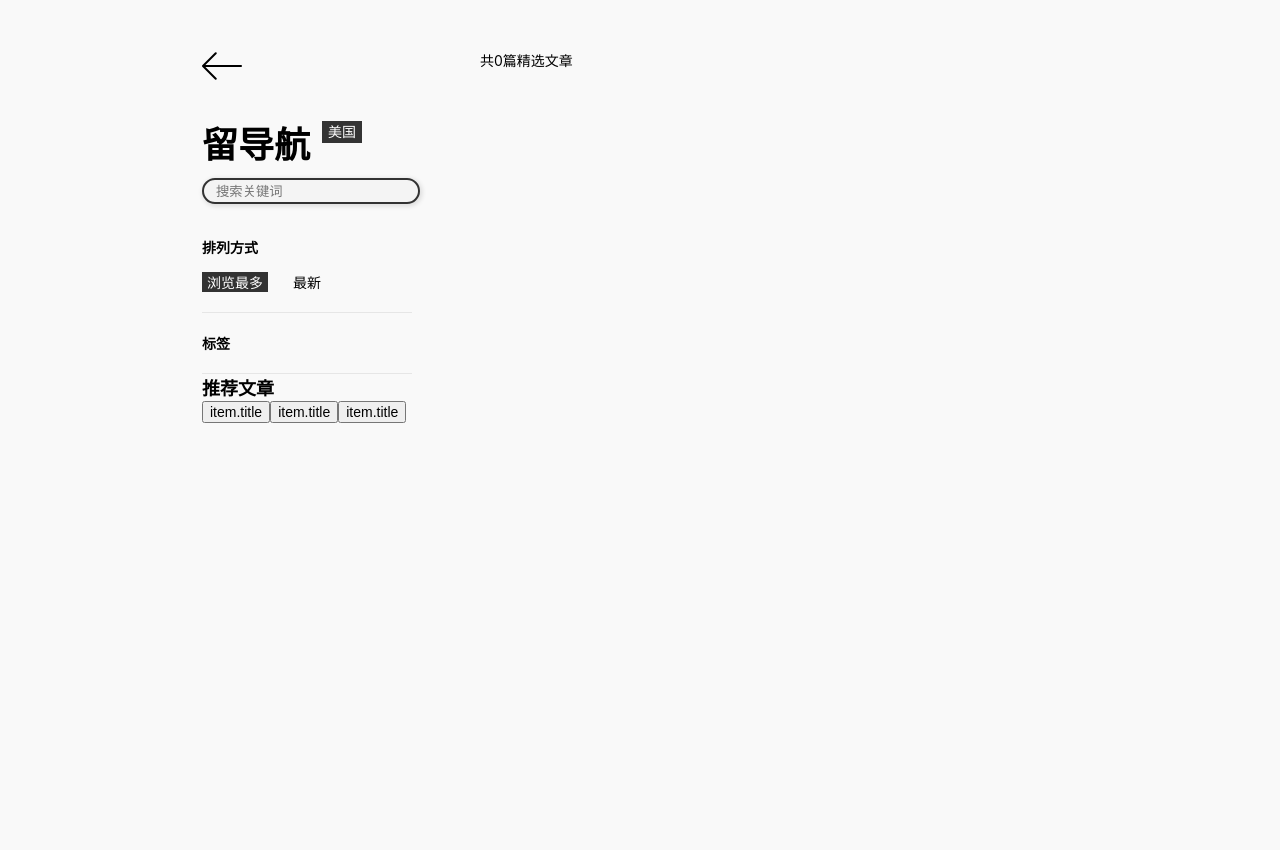
Repository: Apiyaaaa/guidefront
Page: /search
An editor plug-in stored every save of this project. The page is shown before and after a run of saves, followed by the edit.
The browser window is 1280 px wide. The pictures show the whole page.
The page's requests for data from a server got no answer. The project was rebuilt for these pictures with package versions that can differ from the ones it lists, and the page was loaded fresh each time. No one was signed in, and anything a server would have sent is missing. Also part of the build but not shown: src/pages/Home/Home.module.css, src/pages/Home/Home.js, src/components/ArticleCard/ArticleCard.module.css, src/components/ArticleCard/ArticleCard.jsx, src/pages/Article/Article.module.css, src/pages/Article/Article.js.

Above is the page before, as saved 2022-10-02 16:19:13.

After the next 3 saves:
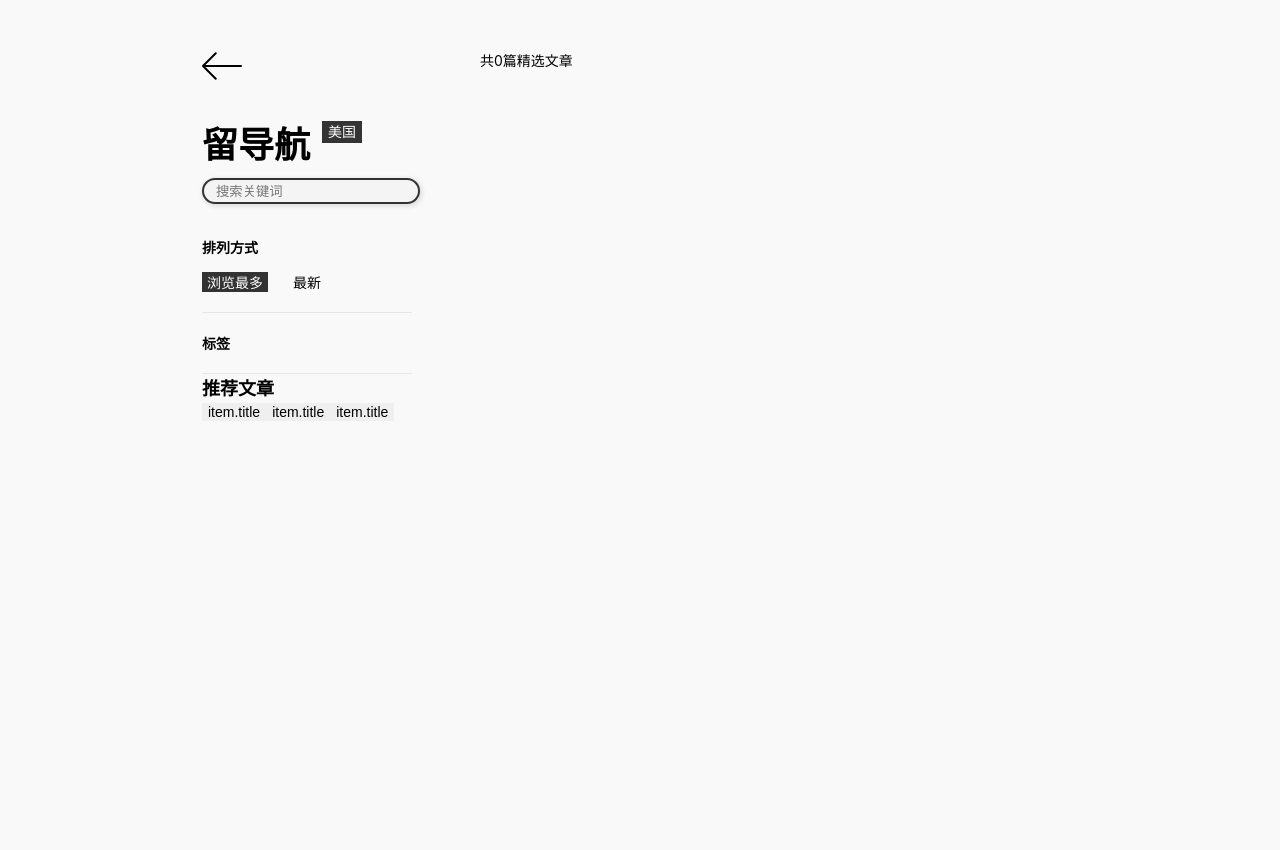
The 3 saves are shown as one change because they came seconds apart.
The last was saved 10 s later.
--- a/src/components/RecommendCard/RecommendCard.module.css
+++ b/src/components/RecommendCard/RecommendCard.module.css
@@ -12,5 +12,7 @@
 }
 button{
   margin: none;
+  padding: none;
+  border: none;
 
 }
